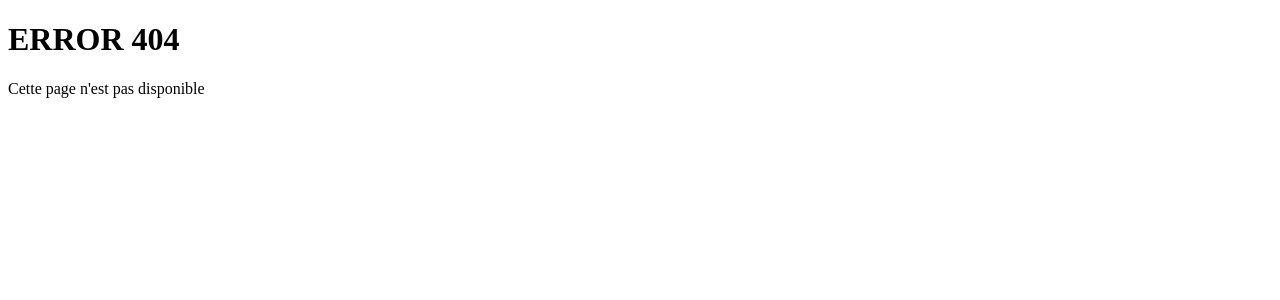
Repository: mitantsoa1/CRUD-note
Page: http://localhost/note
The author's editor kept a copy of each file at every save. The page is drawn from the files as they stood at one save, then again after the next save.
The browser window is 1280 px wide. The pictures show the whole page.
The page is run by PHP 8.4 with error messages shown; the project is at /var/www/html/.

Above is the page before, as saved 2021-02-11 17:37:36.

After the next save:
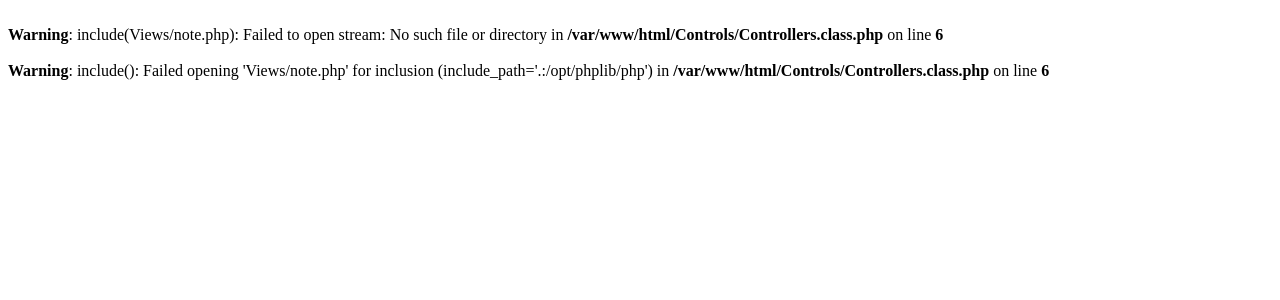
Saved 117 s later.
--- a/Controls/Controllers.class.php
+++ b/Controls/Controllers.class.php
@@ -42,6 +42,10 @@
 			}
 			echo $css;
 		}
+
+		public function note(){
+			Controllers::loadView("note.php");
+		}
 	}
 
  ?>
